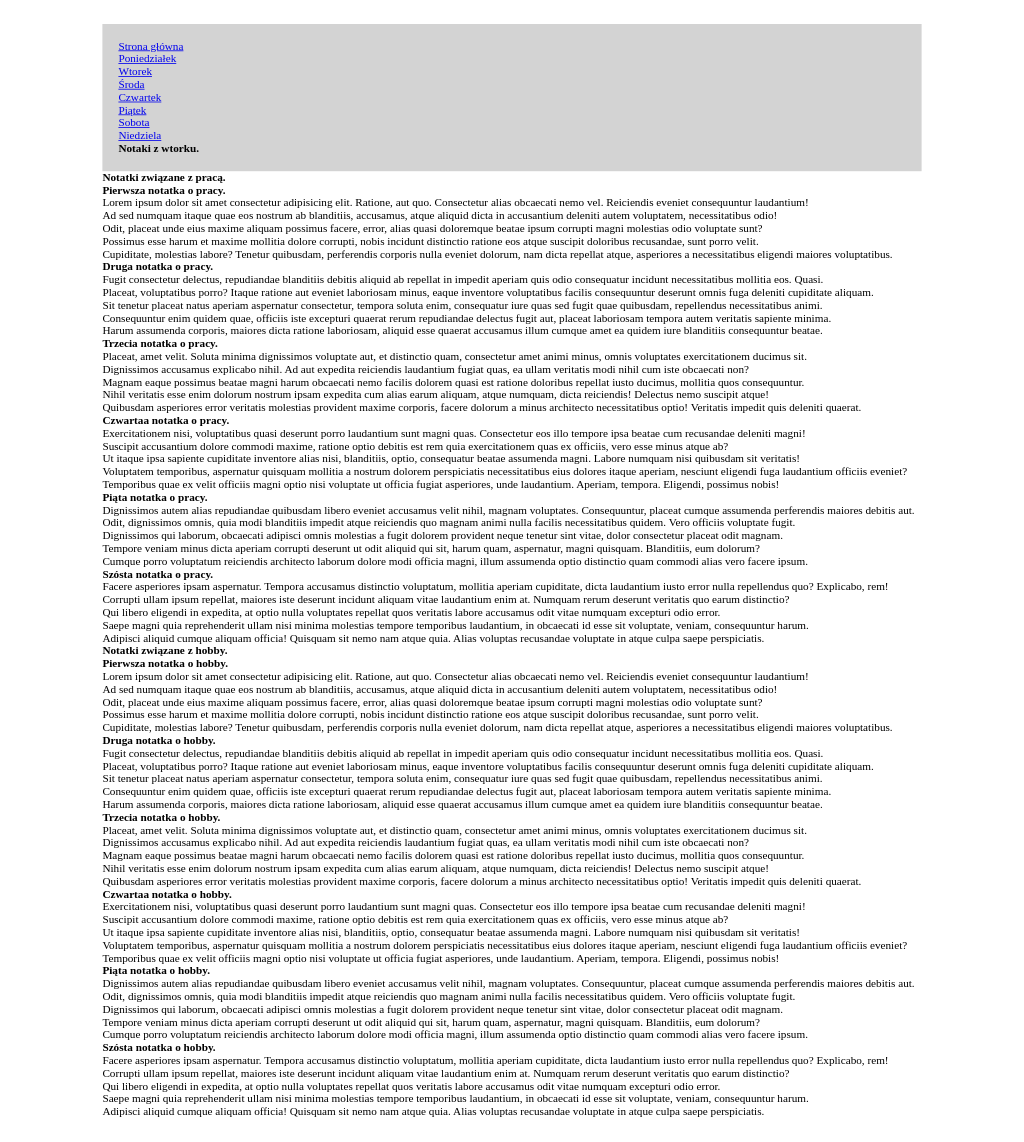
Repository: ArturNatwora/hompage
Page: days/2.html
An editor plug-in stored every save of this project. The page is shown before and after the next save, followed by the edit.
The browser window is 1280 px wide. The pictures show the whole page, at 80% of full size.

Above is the page before, as saved 2019-06-11 17:48:13.

After the next save:
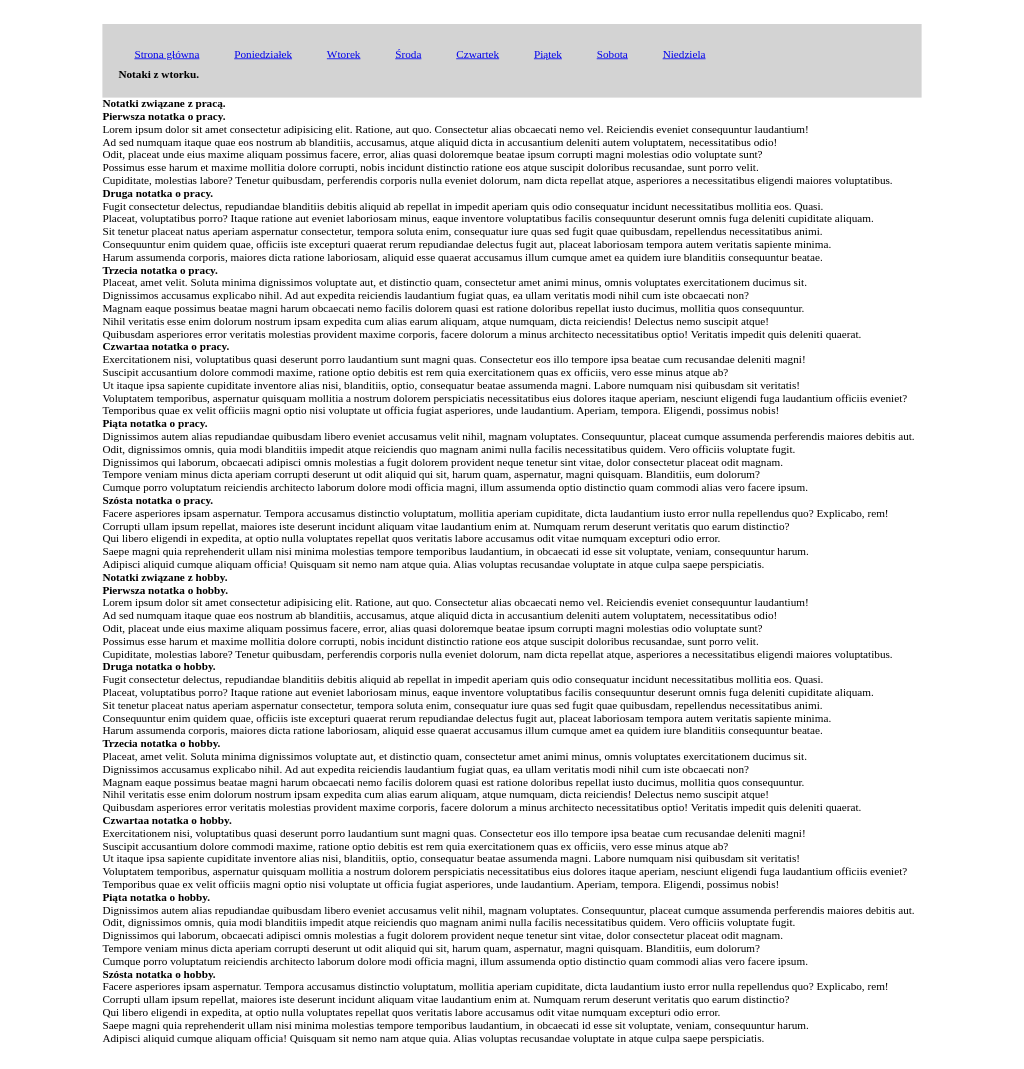
Saved 34 s later.
--- a/days/2.html
+++ b/days/2.html
@@ -10,21 +10,33 @@
   <body>
     <header class="bodyHeader">
       <nav class="bodyHeader__nav">
-          <ul class="bodyHeader__navListLink" >
-          <li>
+        <ul class="bodyHeader__navListLink">
+          <li class="bodyHeader__navItemLink">
             <a class="bodyHeader__navLink" href="../index.html"
               >Strona główna</a
             >
           </li>
-          <li>
+          <li class="bodyHeader__navItemLink">
             <a class="bodyHeader__navLink" href="./1.html">Poniedziałek</a>
           </li>
-          <li><a class="bodyHeader__navLink" href="./2.html">Wtorek</a></li>
-          <li><a class="bodyHeader__navLink" href="./3.html">Środa</a></li>
-          <li><a class="bodyHeader__navLink" href="./4.html">Czwartek</a></li>
-          <li><a class="bodyHeader__navLink" href="./5.html">Piątek</a></li>
-          <li><a class="bodyHeader__navLink" href="./6.html">Sobota</a></li>
-          <li><a class="bodyHeader__navLink" href="./7.html">Niedziela</a></li>
+          <li class="bodyHeader__navItemLink">
+            <a class="bodyHeader__navLink" href="./2.html">Wtorek</a>
+          </li>
+          <li class="bodyHeader__navItemLink">
+            <a class="bodyHeader__navLink" href="./3.html">Środa</a>
+          </li>
+          <li class="bodyHeader__navItemLink">
+            <a class="bodyHeader__navLink" href="./4.html">Czwartek</a>
+          </li>
+          <li class="bodyHeader__navItemLink">
+            <a class="bodyHeader__navLink" href="./5.html">Piątek</a>
+          </li>
+          <li class="bodyHeader__navItemLink">
+            <a class="bodyHeader__navLink" href="./6.html">Sobota</a>
+          </li>
+          <li class="bodyHeader__navItemLink">
+            <a class="bodyHeader__navLink" href="./7.html">Niedziela</a>
+          </li>
         </ul>
       </nav>
       <h1 class="bodyHeader__h1">Notaki z wtorku.</h1>
